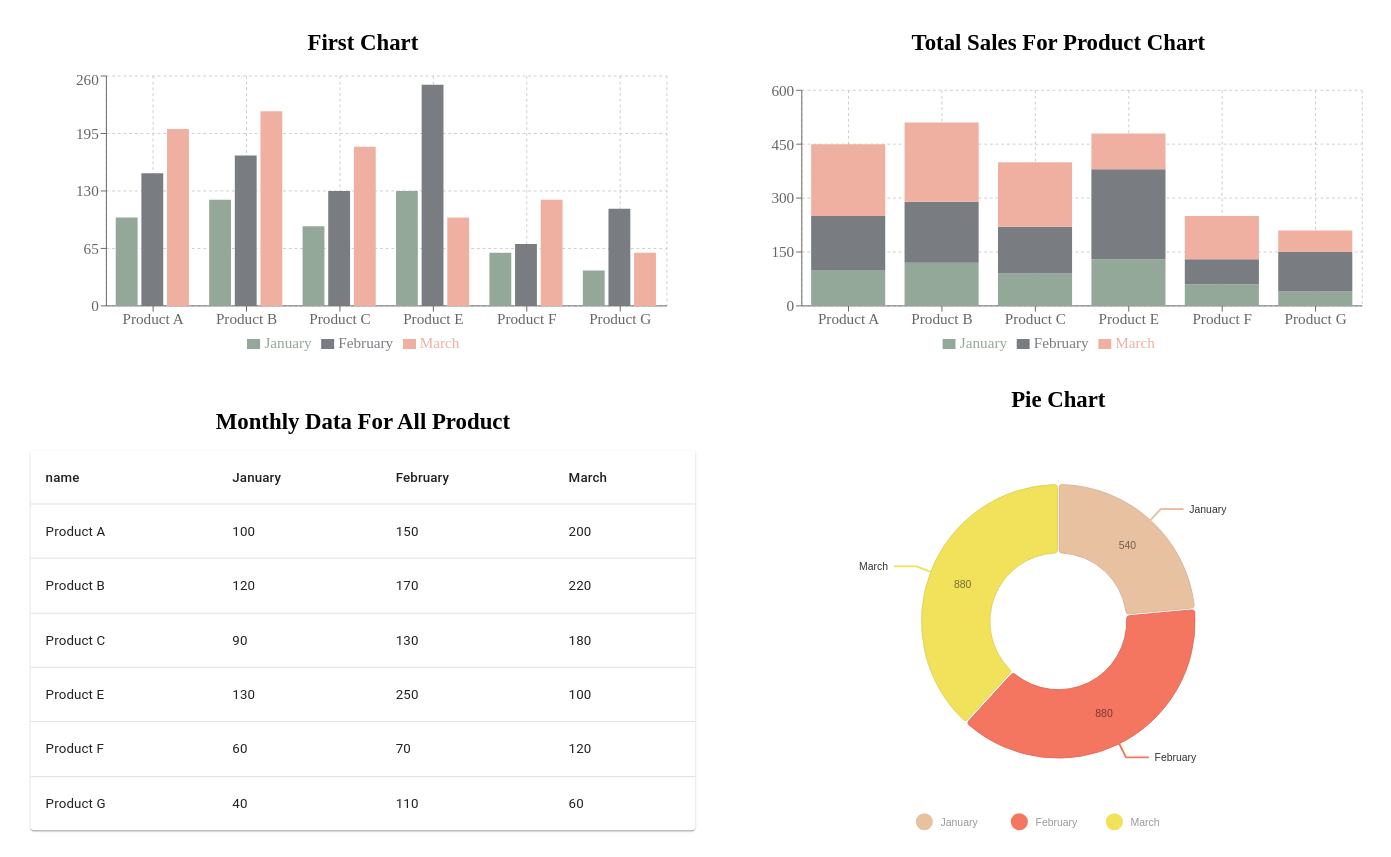
Repository: sagarjain738/test
Page: /
An editor plug-in stored every save of this project. The page is shown before and after the next save, followed by the edit.
The browser window is 1280 px wide. The page is 1464 px wide, so the pictures cover 1464 px, including what lies to the right of the window. The pictures show the whole page, at 95% of full size.
The project was rebuilt for these pictures with package versions that can differ from the ones it lists, and the page was loaded fresh each time. Also part of the build but not shown: vite.config.js, src/index.css.

Above is the page before, as saved 2024-01-21 21:06:18.

### src/App.jsx
import "./App.css";
import FirstChart from "./components/FirstChart";
import totalData, { getTotalData, getTotal, getMonths } from "../Data";
import SecondChart from "./components/SecondData";
import TotalPieChart from "./components/PieChart";
import BasicTable from "./components/Table";

function App() {
  const firstRecord = getTotalData(totalData);
  const total = getTotal(totalData);
  const monthNames = getMonths();
  console.log(firstRecord);
  return (
    <div className="container">
      <FirstChart records={firstRecord} monthNames={monthNames.slice(1)} />
      <SecondChart records={firstRecord} monthNames={monthNames.slice(1)} />
      <BasicTable records={firstRecord} monthNames={monthNames} />
      <TotalPieChart records={total} monthNames={monthNames} />
    </div>
  );
}

export default App;

### src/App.css
*,
::before,
::after {
  box-sizing: border-box;
  padding: 0;
  margin: 0;
}

.container {
  display: grid;
  grid-template-columns: repeat(2, 1fr);
  max-height: 100vh;
  max-width: 100vw;
  /* overflow: hidden; */
  gap: 2rem;
  padding: 2rem;
}

@media screen and (max-width: 900px) {
  .container {
    display: flex;
    flex-direction: column;
    /* overflow: scroll; */
    align-items: center;
    justify-content: center;
    max-height: max-content;
  }
}

### src/components/FirstChart.jsx
import {
  Bar,
  BarChart,
  CartesianGrid,
  Legend,
  Rectangle,
  Tooltip,
  XAxis,
  YAxis,
} from "recharts";
import HigherOrder from "./HigherOrder";

const colors = ["#94A89A", "#797D81", "#EFB0A1", "#669bbc"];

const FirstChart = ({ records, monthNames }) => {
  return (
    <BarChart
      width={700}
      height={300}
      data={records}
      margin={{
        top: 5,
        right: 30,
        left: 20,
        bottom: 5,
      }}
    >
      <CartesianGrid strokeDasharray="3 3" />
      <XAxis dataKey="name" />
      <YAxis />
      <Tooltip />
      <Legend />
      {monthNames.map((month, i) => (
        <Bar
          key={month}
          dataKey={month}
          fill={colors[i]}
          activeBar={<Rectangle fill={colors[i]} stroke="blue" />}
        />
      ))}
    </BarChart>
  );
};

const ProductWiseMonthlySales = HigherOrder(FirstChart, "First Chart");

export default ProductWiseMonthlySales;

### Data.js
let data = {
  salesData: [
    {
      product: "Product A",
      sales: [
        { month: "January", amount: 100 },
        { month: "February", amount: 150 },
        { month: "March", amount: 200 },
      ],
    },
    {
      product: "Product B",
      sales: [
        { month: "January", amount: 120 },
        { month: "February", amount: 170 },
        { month: "March", amount: 220 },
      ],
    },
    {
      product: "Product C",
      sales: [
        { month: "January", amount: 90 },
        { month: "February", amount: 130 },
        { month: "March", amount: 180 },
      ],
    },
    {
      product: "Product E",
      sales: [
        { month: "January", amount: 130 },
        { month: "February", amount: 250 },
        { month: "March", amount: 100 },
      ],
    },
    {
      product: "Product F",
      sales: [
        { month: "January", amount: 60 },
        { month: "February", amount: 70 },
        { month: "March", amount: 120 },
      ],
    },
    {
      product: "Product G",
      sales: [
        { month: "January", amount: 40 },
        { month: "February", amount: 110 },
        { month: "March", amount: 60 },
      ],
    },
  ],
};

export function getTotalData(records) {
  const result = records.salesData.map((item) => {
    return {
      name: item.product,
      data: item.sales.reduce(
        (acc, itm) => ({ ...acc, [`${itm.month}`]: itm.amount }),
        {}
      ),
    };
  });

  const finalData = result.map((item) => {
    return { name: item.name, ...item.data };
  });

  return finalData;
}

export function getTotals(records) {
  const result = records.salesData.map((item) => {
    return {
      id: item.product,
      label: item.product,
      value: item.sales.reduce((acc, itm) => acc + itm.amount, 0),
      color: "hsl(271, 70%, 50%)",
    };
  });
  return result;
}

export function getTotal(data) {
  let sumOfMonths = {};
  data.salesData.forEach((product) => {
    product.sales.forEach((sale) => {
      sumOfMonths[sale.month] = (sumOfMonths[sale.month] || 0) + sale.amount;
    });
  });

  const output = [];

  for (const key in sumOfMonths) {
    output.push({
      id: key,
      label: key,
      value: sumOfMonths[key],
      color: "hsl(37, 70%, 50%)",
    });
  }

  return output;
}

export function getMonths() {
  const months = new Set();
  months.add("name");
  data.salesData.forEach((d) => d.sales.forEach((v) => months.add(v.month)));

  return [...months];
}

export default data;

### src/components/SecondData.jsx
import {
  Bar,
  BarChart,
  CartesianGrid,
  Legend,
  Tooltip,
  XAxis,
  YAxis,
} from "recharts";
import HigherOrder from "./HigherOrder";

const colors = ["#94A89A", "#797D81", "#EFB0A1", "#669bbc"];

const SecondChart = ({ records, monthNames }) => {
  const renderCustomBarLabel = ({ payload, x, y, width, height, value }) => {
    return (
      <text
        x={x + width / 2}
        y={y}
        fill="#666"
        textAnchor="middle"
        dy={-6}
      >{`value: ${value}`}</text>
    );
  };

  return (
    <BarChart
      width={700}
      height={300}
      data={records}
      margin={{
        top: 20,
        right: 30,
        left: 20,
        bottom: 5,
      }}
    >
      <CartesianGrid strokeDasharray="3 3" />
      <XAxis dataKey="name" />
      <YAxis />
      <Tooltip />
      <Legend />
      {monthNames.map((month, i) => (
        <Bar
          key={i}
          dataKey={month}
          stackId="a"
          fill={colors[i]}
          label={(payload, x, y, width, height, value) => (
            <span>{`Total: ${value}`}</span>
          )}
        />
      ))}
    </BarChart>
  );
};

const TotalSalesForProduct = HigherOrder(
  SecondChart,
  "Total Sales For Product Chart"
);

export default TotalSalesForProduct;

### src/components/PieChart.jsx
import { ResponsivePie } from "@nivo/pie";
import HigherOrder from "./HigherOrder";

const TotalPieChart = ({ records }) => (
  <div
    style={{
      height: "28rem",
      width: "28rem",
    }}
  >
    <ResponsivePie
      data={records}
      margin={{ top: 40, right: 80, bottom: 80, left: 80 }}
      innerRadius={0.5}
      padAngle={0.7}
      cornerRadius={3}
      activeOuterRadiusOffset={8}
      borderWidth={1}
      borderColor={{
        from: "color",
        modifiers: [["darker", 0.2]],
      }}
      arcLinkLabelsSkipAngle={10}
      arcLinkLabelsTextColor="#333333"
      arcLinkLabelsThickness={2}
      arcLinkLabelsColor={{ from: "color" }}
      arcLabelsSkipAngle={10}
      arcLabelsTextColor={{
        from: "color",
        modifiers: [["darker", 2]],
      }}
      defs={[
        {
          id: "dots",
          type: "patternDots",
          background: "inherit",
          color: "rgba(255, 255, 255, 0.3)",
          size: 4,
          padding: 1,
          stagger: true,
        },
        {
          id: "lines",
          type: "patternLines",
          background: "inherit",
          color: "rgba(255, 255, 255, 0.3)",
          rotation: -45,
          lineWidth: 6,
          spacing: 10,
        },
      ]}
      legends={[
        {
          anchor: "bottom",
          direction: "row",
          justify: false,
          translateX: 0,
          translateY: 56,
          itemsSpacing: 0,
          itemWidth: 100,
          itemHeight: 18,
          itemTextColor: "#999",
          itemDirection: "left-to-right",
          itemOpacity: 1,
          symbolSize: 18,
          symbolShape: "circle",
          effects: [
            {
              on: "hover",
              style: {
                itemTextColor: "#000",
              },
            },
          ],
        },
      ]}
    />
  </div>
);

const MonthWisePieChart = HigherOrder(TotalPieChart, "Pie Chart");

export default MonthWisePieChart;

### src/components/Table.jsx
import Table from "@mui/material/Table";
import TableBody from "@mui/material/TableBody";
import TableCell from "@mui/material/TableCell";
import TableContainer from "@mui/material/TableContainer";
import TableHead from "@mui/material/TableHead";
import TableRow from "@mui/material/TableRow";
import Paper from "@mui/material/Paper";
import HigherOrder from "./HigherOrder";

function BasicTable({ records, monthNames }) {
  return (
    <TableContainer
      component={Paper}
      sx={{
        minWidth: 450,
        maxWidth: 850,
        minHeight: 400,
        maxHeight: 450,
      }}
    >
      <Table
        sx={{
          minWidth: 450,
          maxWidth: 850,
          minHeight: 400,
          maxHeight: 450,
        }}
        aria-label="simple table"
      >
        <TableHead>
          <TableRow>
            {monthNames.map((item) => (
              <TableCell key={item}>{item}</TableCell>
            ))}
          </TableRow>
        </TableHead>
        <TableBody>
          {records.map((row) => (
            <TableRow
              key={row.name}
              sx={{ "&:last-child td, &:last-child th": { border: 0 } }}
            >
              {monthNames.map((item) => (
                <TableCell key={item} component="th" scope="row">
                  {row[item]}
                </TableCell>
              ))}
            </TableRow>
          ))}
        </TableBody>
      </Table>
    </TableContainer>
  );
}

const TotalSalesForProduct = HigherOrder(
  BasicTable,
  "Monthly Data For All Product"
);

export default TotalSalesForProduct;

### src/components/HigherOrder.jsx
export default function HigherOrder(Component, heading) {
  return function internal(props) {
    return (
      <div
        style={{
          display: "flex",
          flexDirection: "column",
          justifyContent: "center",
          alignItems: "center",
          gap: "1rem",
        }}
      >
        <h2>{heading}</h2>
        <Component {...props} />
      </div>
    );
  };
}

Loaded but not shown: index.html (common file); src/main.jsx (common file)

After the next save:
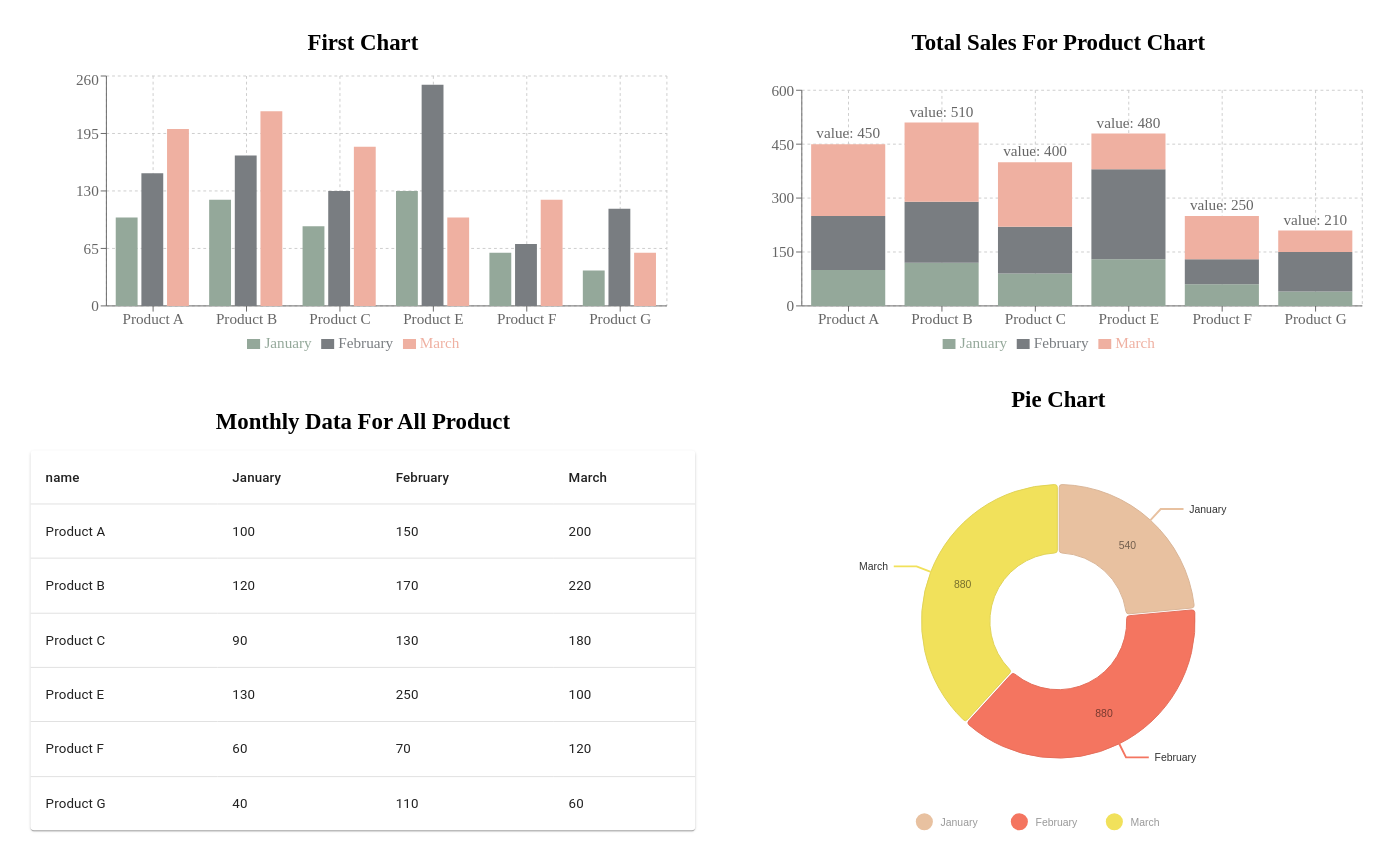
Saved 13 s later.
--- a/src/components/SecondData.jsx
+++ b/src/components/SecondData.jsx
@@ -47,9 +47,7 @@ const SecondChart = ({ records, monthNames }) => {
           dataKey={month}
           stackId="a"
           fill={colors[i]}
-          label={(payload, x, y, width, height, value) => (
-            <span>{`Total: ${value}`}</span>
-          )}
+          label={renderCustomBarLabel}
         />
       ))}
     </BarChart>
